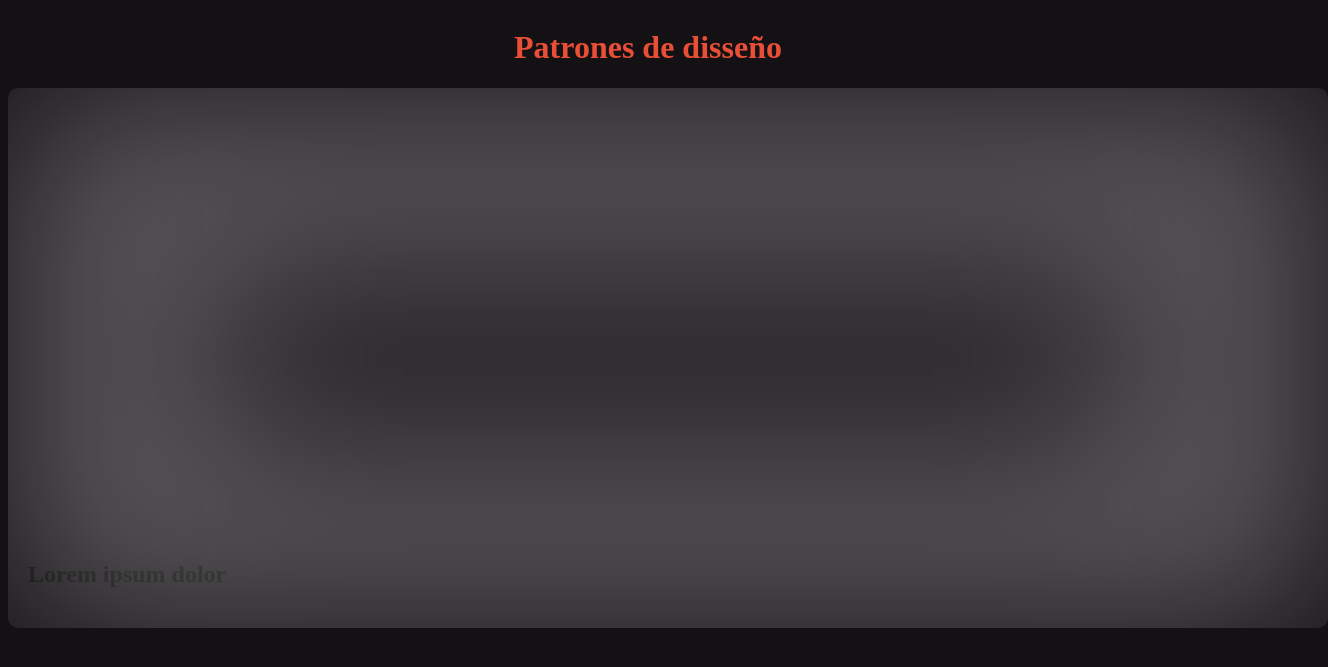
Repository: nrsWebs/design-pattern-es
Page: index.html
The author's editor kept a copy of each file at every save. The page is drawn from the files as they stood at one save, then again after the next save.
The browser window is 1280 px wide. The page is 1328 px wide, so the pictures cover 1328 px, including what lies to the right of the window. The pictures show the whole page.

Above is the page before, as saved 2021-02-06 18:40:14.

After the next save:
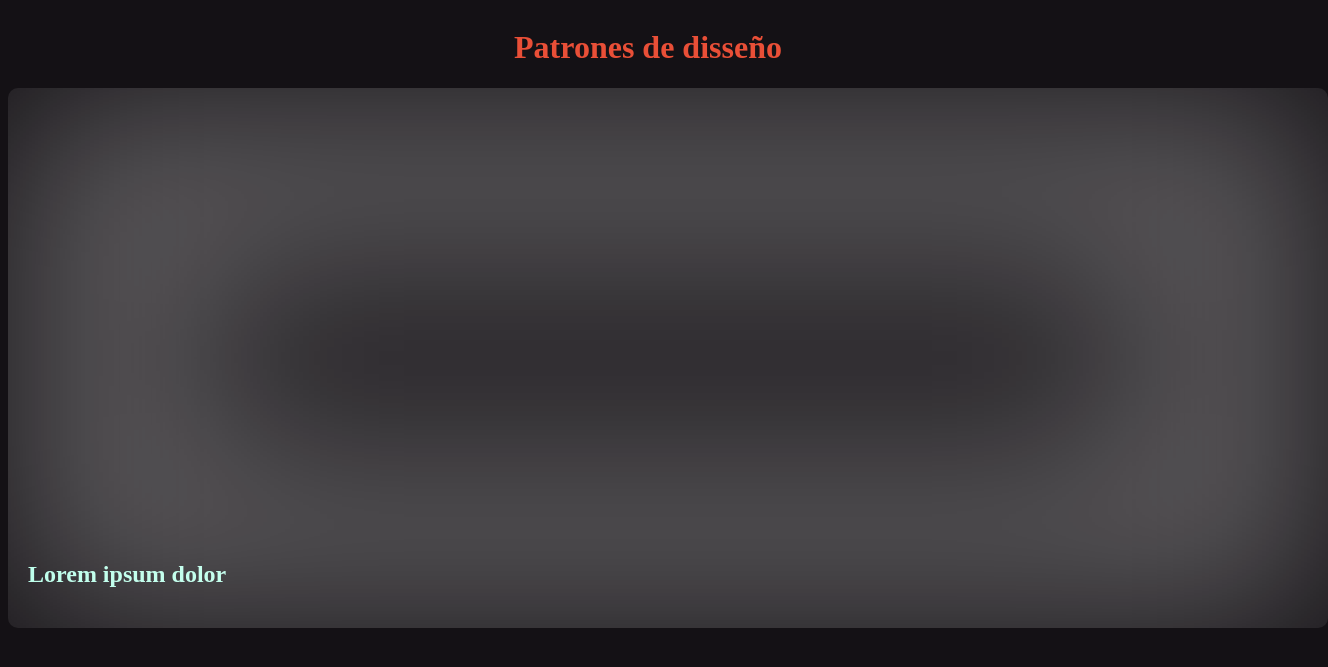
Saved 11 s later.
--- a/source/main.css
+++ b/source/main.css
@@ -8,6 +8,7 @@ body {
     display: flex;
     justify-content: center;
     width: 100%;
+    color: var(--auxiliar)
 }
 .main-content{
     display: flex;
